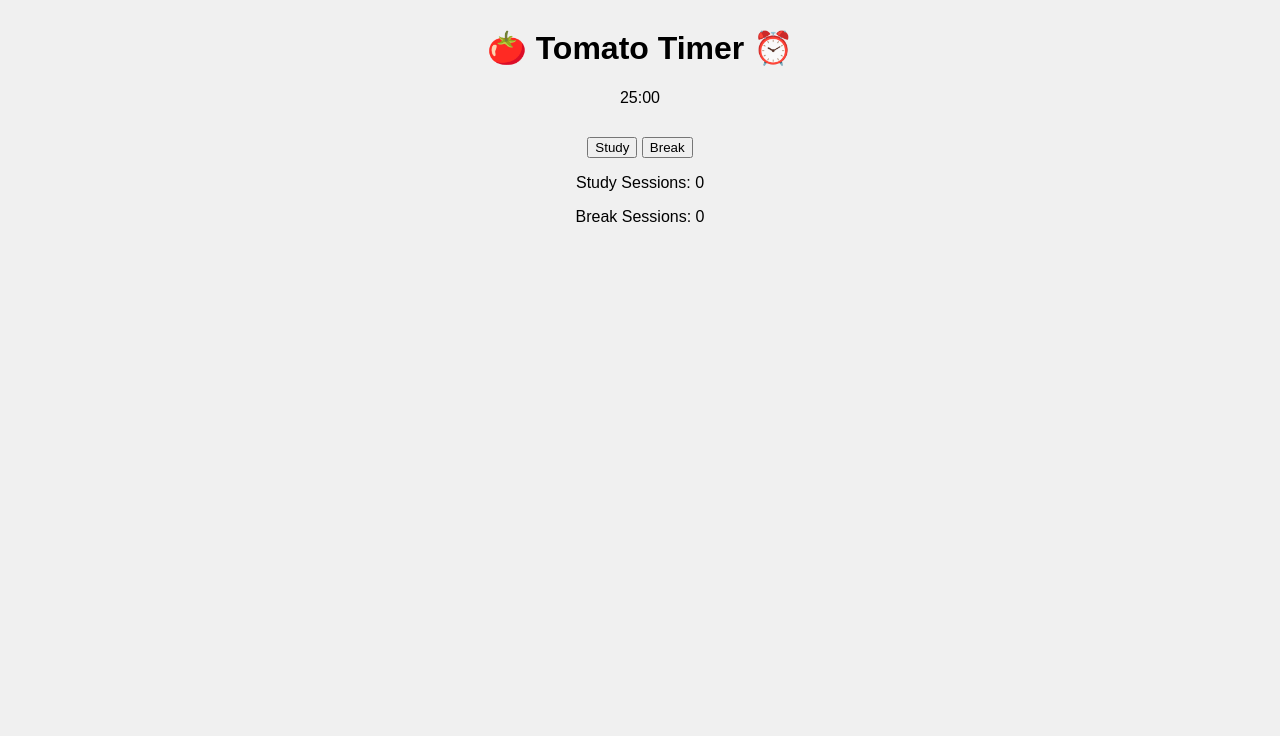
Repository: valentinaarojas/tomato-timer
Page: index.html
The author's editor kept a copy of each file at every save. The page is drawn from the files as they stood at one save, then again after a run of saves.
The browser window is 1280 px wide. The pictures show the whole page.

Above is the page before, as saved 2025-02-06 19:52:53.

### index.html
<!DOCTYPE html>
<html lang="en">
<head>
    <title>Tomato Timer</title>
    <link rel="stylesheet" href="styles.css">
</head>
<body>
    <div id="container">
        <h1>🍅 Tomato Timer ⏰</h1>
        <div id="timer-display">
            <span id="time-left">25:00</span>
        </div>
        <div id="buttons">
            <button id="study-btn">Study</button>
            <button id="break-btn">Break</button>
        </div>
        <div id="session-count">
            <p>Study Sessions: <span id="study-count">0</span></p>
            <p>Break Sessions: <span id="break-count">0</span></p>
        </div>
    </div>
</body>
</html>

### styles.css
body {
    font-family: Arial, sans-serif;
    background-color: #f0f0f0;
    display: flex;
    justify-content: center;
    text-align: center;
    height: 100vh;
}

.container {
    text-align: center;
}

#timer-display {
    padding-bottom: 30px;
}

After the next 2 saves:
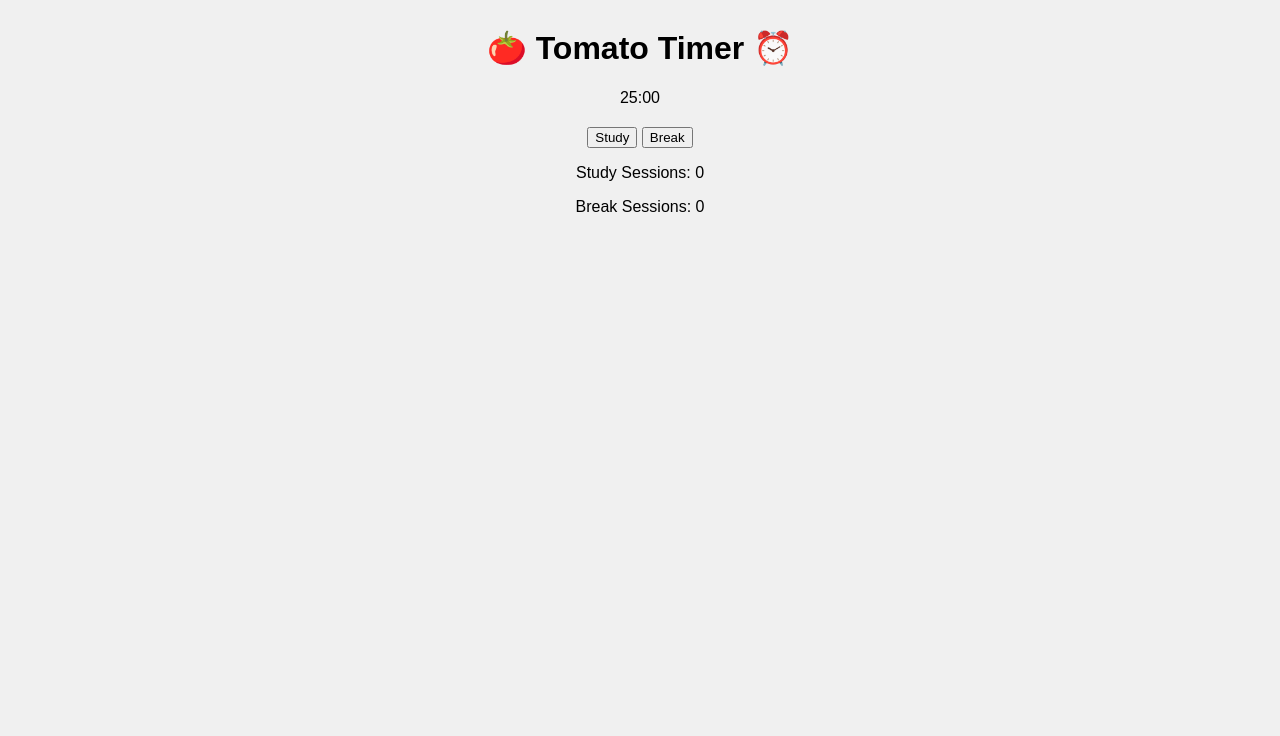
The 2 saves are shown as one change because they came seconds apart.
The last was saved 20 s later.
--- a/styles.css
+++ b/styles.css
@@ -12,5 +12,5 @@ body {
 }
 
 #timer-display {
-    padding-bottom: 30px;
+    margin: 20px;
 }
